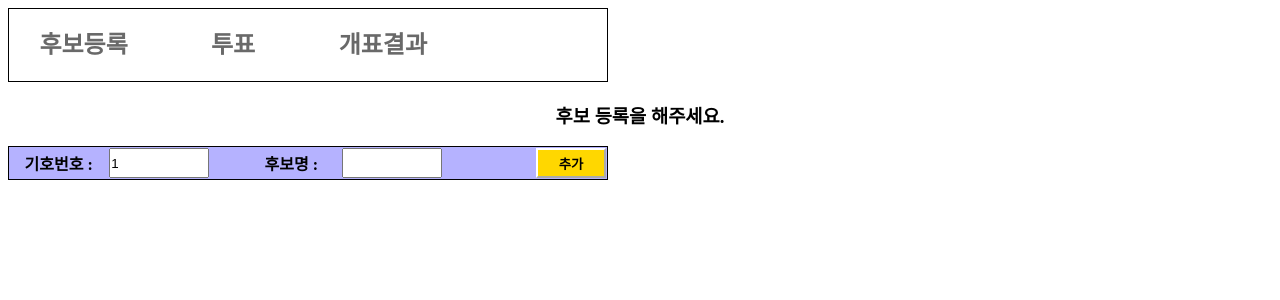
Repository: noheul1030/KOPO-HTML
Page: http://localhost/Tupyo/Tupyo/A_01.jsp
The author's editor kept a copy of each file at every save. The page is drawn from the files as they stood at one save, then again after the next save.
The browser window is 1280 px wide. The pictures show the whole page.
The page is served by Tomcat 9. Queries for data that is not in the repository find no rows.

Above is the page before, as saved 2023-06-03 15:38:55.

After the next save:
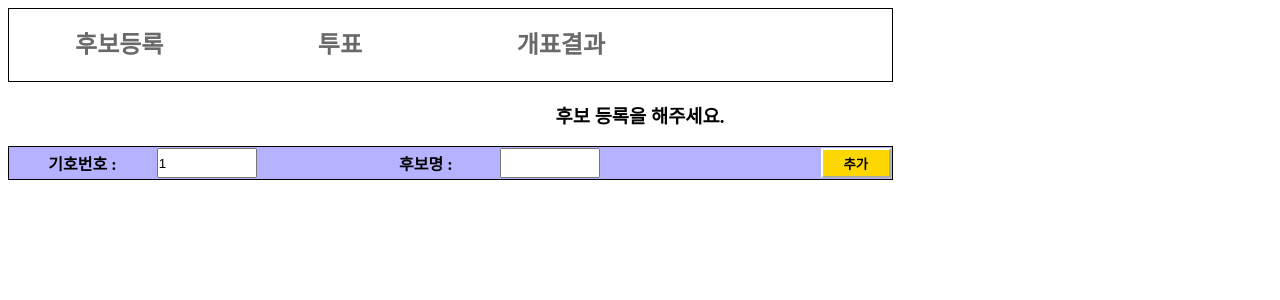
Saved 28 s later.
--- a/Tupyo/src/main/webapp/Tupyo/A_01.jsp
+++ b/Tupyo/src/main/webapp/Tupyo/A_01.jsp
@@ -9,7 +9,7 @@
 <html>
     <head>
     	<style>
-    		table {text-align: center; border: 1px solid black; width: 600px; border-collapse: collapse;}
+    		table {text-align: center; border: 1px solid black; width: 70%; border-collapse: collapse;}
     		a {text-decoration-line: none;  color: #696969;}
     		h2 {margin-top: 15px; text-align: center;}
     		.fourth {
